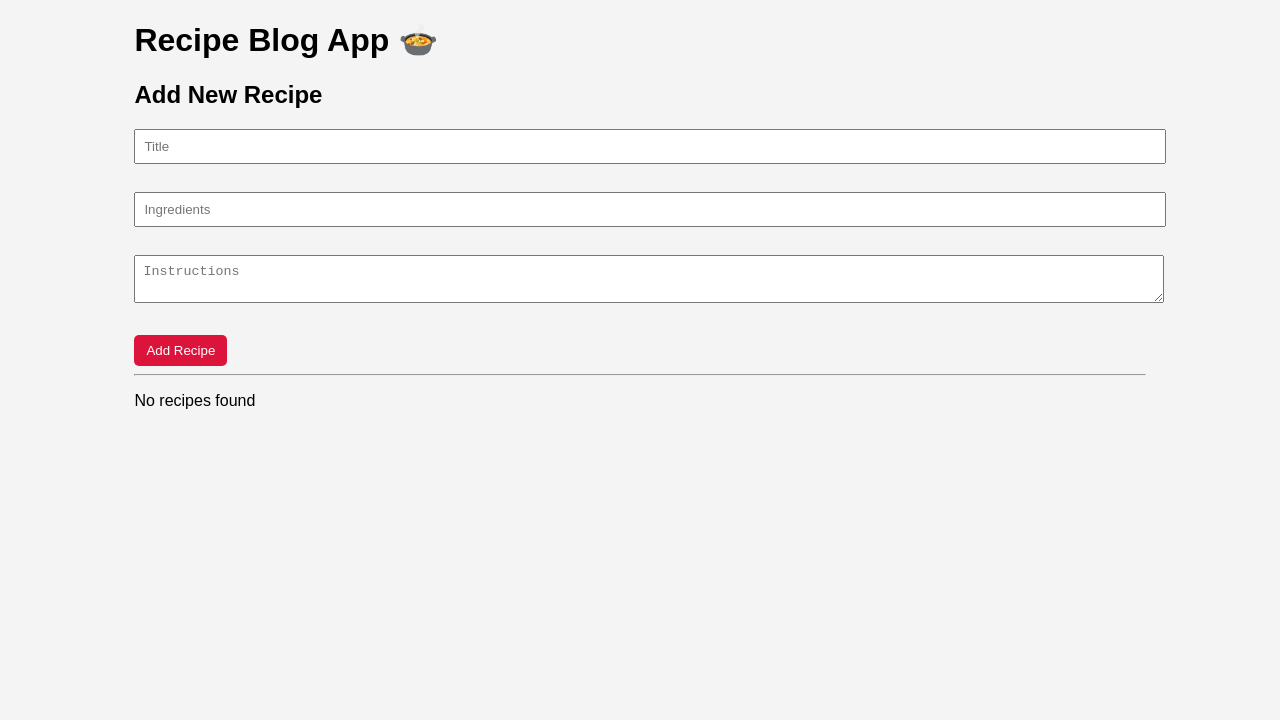
Repository: arshathdevo/recipeblogfrontend
Page: /
An editor plug-in stored every save of this project. The page is shown before and after the next save, followed by the edit.
The browser window is 1280 px wide. The pictures show the whole page.
The page's requests for data from a server got no answer. The project was rebuilt for these pictures with package versions that can differ from the ones it lists, and the page was loaded fresh each time. No one was signed in, and anything a server would have sent is missing.

Above is the page before, as saved 2026-02-14 11:41:29.

### src/App.js
// import React, { useEffect, useState } from "react";
// import axios from "axios";


// function App() {
//   const [recipes, setRecipes] = useState([]);

//   useEffect(() => {
//     fetchRecipes();
//   }, []);

//   const fetchRecipes = async () => {
//     try {
//       const res = await axios.get("http://localhost:5000/api/recipes");
//       setRecipes(res.data);
//     } catch (error) {
//       console.error("Error fetching recipes:", error);
//     }
//   };
//   const [title, setTitle] = useState("");
// const [ingredients, setIngredients] = useState("");
// const [instructions, setInstructions] = useState("");

// const handleSubmit = async (e) => {
//   e.preventDefault();

//   try {
//     await axios.post("http://localhost:5000/api/recipes", {
//       title,
//       ingredients,
//       instructions,
//     });

//     // Clear form
//     setTitle("");
//     setIngredients("");
//     setInstructions("");

//     // Refresh recipe list
//     fetchRecipes();
//   } catch (error) {
//     console.error("Error adding recipe:", error);
//   }
// };


//   return (
//     <div style={{ padding: "20px" }}>
//       <h1>Recipe Blog App 🍲</h1>

//       {recipes.length === 0 ? (
//         <p>No recipes found</p>
//       ) : (
//         recipes.map((recipe) => (
//           <div
//             key={recipe._id}
//             style={{
//               border: "1px solid #ccc",
//               padding: "10px",
//               margin: "10px 0",
//             }}
//           >
//             <h2>Add New Recipe</h2>
// <form onSubmit={handleSubmit}>
//   <input
//     type="text"
//     placeholder="Title"
//     value={title}
//     onChange={(e) => setTitle(e.target.value)}
//   />
//   <br /><br />

//   <input
//     type="text"
//     placeholder="Ingredients"
//     value={ingredients}
//     onChange={(e) => setIngredients(e.target.value)}
//   />
//   <br /><br />

//   <textarea
//     placeholder="Instructions"
//     value={instructions}
//     onChange={(e) => setInstructions(e.target.value)}
//   />
//   <br /><br />

//   <button type="submit">Add Recipe</button>
// </form>

// <hr />

//             <h2>{recipe.title}</h2>
//             <p><strong>Ingredients:</strong> {recipe.ingredients}</p>
//             <p><strong>Instructions:</strong> {recipe.instructions}</p>
//           </div>
//         ))
//       )}
//     </div>
//   );
// }

// export default App;
import "./App.css";
import React, { useEffect, useState } from "react";
import axios from "axios";



function App() {
  const [recipes, setRecipes] = useState([]);
  const [title, setTitle] = useState("");
  const [ingredients, setIngredients] = useState("");
  const [instructions, setInstructions] = useState("");
  const [editId, setEditId] = useState(null);

  useEffect(() => {
    fetchRecipes();
  }, []);

  const fetchRecipes = async () => {
    try {
      const res = await axios.get("http://localhost:5000/api/recipes");
      setRecipes(res.data);
    } catch (error) {
      console.error("Error fetching recipes:", error);
    }
  };

 const handleSubmit = async (e) => {
  e.preventDefault();

  try {
    if (editId) {
      await axios.put(`http://localhost:5000/api/recipes/${editId}`, {
        title,
        ingredients,
        instructions,
      });
      setEditId(null);
    } else {
      await axios.post("http://localhost:5000/api/recipes", {
        title,
        ingredients,
        instructions,
      });
    }

    setTitle("");
    setIngredients("");
    setInstructions("");
    fetchRecipes();
  } catch (error) {
    console.error("Error saving recipe:", error);
  }
};

  const handleDelete = async (id) => {
  try {
    await axios.delete(`http://localhost:5000/api/recipes/${id}`);
    fetchRecipes(); // refresh list
  } catch (error) {
    console.error("Error deleting recipe:", error);
  }
};
const handleEdit = (recipe) => {
  setTitle(recipe.title);
  setIngredients(recipe.ingredients);
  setInstructions(recipe.instructions);
  setEditId(recipe._id);
};



  return (
    <div className="container">
      <h1>Recipe Blog App 🍲</h1>

      {/* ✅ FORM SHOULD BE OUTSIDE MAP */}
      <h2>Add New Recipe</h2>
      <form onSubmit={handleSubmit}>
        <input
          type="text"
          placeholder="Title"
          value={title}
          onChange={(e) => setTitle(e.target.value)}
        />
        <br /><br />

        <input
          type="text"
          placeholder="Ingredients"
          value={ingredients}
          onChange={(e) => setIngredients(e.target.value)}
        />
        <br /><br />

        <textarea
          placeholder="Instructions"
          value={instructions}
          onChange={(e) => setInstructions(e.target.value)}
        />
        <br /><br />

        <button type="submit">Add Recipe</button>
      </form>

      <hr />

      {/* ✅ DISPLAY RECIPES */}
      {recipes.length === 0 ? (
        <p>No recipes found</p>
      ) : (
        recipes.map((recipe) => (
         <div key={recipe._id} className="card">

            <h2>{recipe.title}</h2>
            <p><strong>Ingredients:</strong> {recipe.ingredients}</p>
            <p><strong>Instructions:</strong> {recipe.instructions}</p>
            <button onClick={() => handleEdit(recipe)}>
  Edit
</button>



            <button onClick={() => handleDelete(recipe._id)}>
  Delete
</button>

          </div>
        ))
      )}
    </div>
  );
}

export default App;

### src/App.css
body {
  font-family: Arial, sans-serif;
  background-color: #f4f4f4;
}

.container {
  width: 80%;
  margin: auto;
}

.card {
  background: white;
  padding: 15px;
  margin: 15px 0;
  border-radius: 8px;
  box-shadow: 0 2px 8px rgba(0, 0, 0, 0.1);
}

button {
  background-color: crimson;
  color: white;
  border: none;
  padding: 8px 12px;
  cursor: pointer;
  border-radius: 5px;
}

button:hover {
  opacity: 0.8;
}

form input,
form textarea {
  width: 100%;
  padding: 8px;
  margin-bottom: 10px;
}

Loaded but not shown: src/index.js (common file)

After the next save:
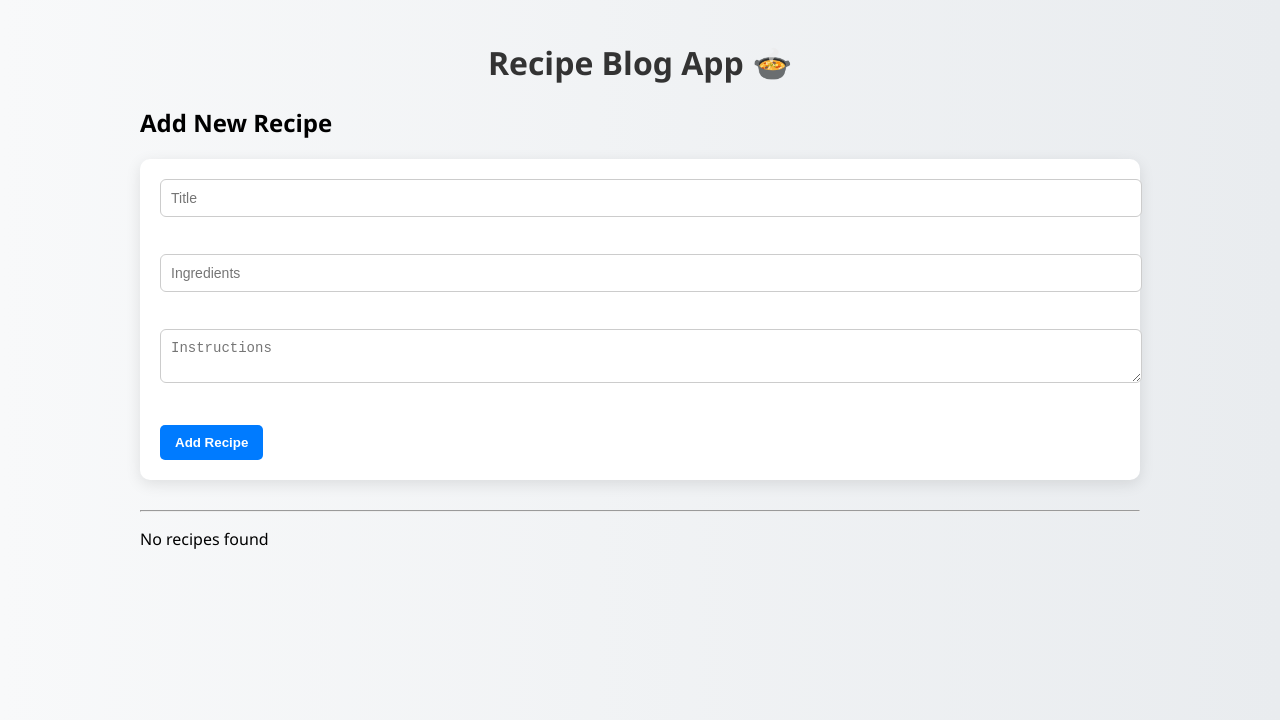
Saved 3 min 21 s later.
--- a/src/App.css
+++ b/src/App.css
@@ -1,37 +1,95 @@
 body {
-  font-family: Arial, sans-serif;
-  background-color: #f4f4f4;
+  margin: 0;
+  font-family: 'Segoe UI', Tahoma, Geneva, Verdana, sans-serif;
+  background: linear-gradient(to right, #f8f9fa, #e9ecef);
 }
 
 .container {
-  width: 80%;
+  max-width: 1000px;
   margin: auto;
+  padding: 20px;
+}
+
+h1 {
+  text-align: center;
+  color: #333;
+}
+
+form {
+  background: white;
+  padding: 20px;
+  border-radius: 10px;
+  box-shadow: 0 4px 15px rgba(0, 0, 0, 0.1);
+  margin-bottom: 30px;
+}
+
+form input,
+form textarea {
+  width: 100%;
+  padding: 10px;
+  margin-bottom: 15px;
+  border-radius: 6px;
+  border: 1px solid #ccc;
+  font-size: 14px;
+}
+
+form button {
+  background-color: #007bff;
+  padding: 10px 15px;
+  font-weight: bold;
+}
+
+form button:hover {
+  background-color: #0056b3;
+}
+
+.recipe-grid {
+  display: grid;
+  grid-template-columns: repeat(auto-fit, minmax(280px, 1fr));
+  gap: 20px;
 }
 
 .card {
   background: white;
   padding: 15px;
-  margin: 15px 0;
-  border-radius: 8px;
-  box-shadow: 0 2px 8px rgba(0, 0, 0, 0.1);
+  border-radius: 10px;
+  box-shadow: 0 4px 12px rgba(0, 0, 0, 0.08);
+  transition: transform 0.2s ease;
+}
+
+.card:hover {
+  transform: translateY(-5px);
+}
+
+.card h2 {
+  margin-top: 0;
+}
+
+.button-group {
+  margin-top: 10px;
+}
+
+.edit-btn {
+  background-color: #28a745;
+  margin-right: 10px;
+}
+
+.edit-btn:hover {
+  background-color: #1e7e34;
+}
+
+.delete-btn {
+  background-color: #dc3545;
+}
+
+.delete-btn:hover {
+  background-color: #b02a37;
 }
 
 button {
-  background-color: crimson;
+  border: none;
   color: white;
-  border: none;
   padding: 8px 12px;
+  border-radius: 5px;
   cursor: pointer;
-  border-radius: 5px;
 }
-
-button:hover {
-  opacity: 0.8;
-}
-
-form input,
-form textarea {
-  width: 100%;
-  padding: 8px;
-  margin-bottom: 10px;
-}
